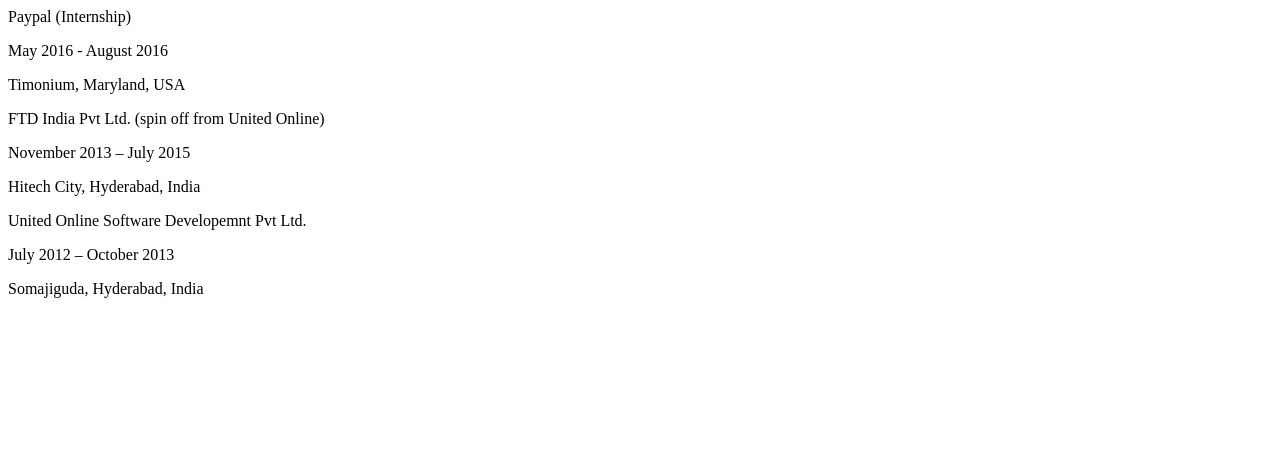
Repository: phanindrakannaji/Resume
Page: http://localhost/application/pages/experience.php
An editor plug-in stored every save of this project. The page is shown before and after the next save, followed by the edit.
The browser window is 1280 px wide. The pictures show the whole page.
The page is run by PHP 8.4 with error messages shown; the project is at /var/www/html/.

Above is the page before, as saved 2016-09-25 16:36:23.
Console error: ReferenceError: $ is not defined

### Resume/application/pages/experience.php
<script type="text/javascript"
	src="../resources/scripts/refreshScript.js"></script>
<div class="divExperience customfont2">
	<div class="divExperienceHeading">
		<p class="expHeading expHeadingContent">Paypal (Internship)</p>
		<p class="expHeadingContent">May 2016 - August 2016</p>
		<p class="expHeadingContent divExperiencelocation ">Timonium,
			Maryland, USA</p>
	</div>
	<div class="divExperienceWork modal" style="display: none;">
		<ul>
			<li>Joined as a graduate intern in the team Dynamos and contributed
				to the development of <a
				href="https://en.wikipedia.org/wiki/PayPal_Credit" target="blank">PayPal
					Credit</a> - Authorization Engine.
			</li>
			<li>Built a <a href="" target="blank">Slack</a> bot which will send
				alerts to individual teams/users if any build is failed in the <a
				href="" target="blank">Bamboo build management</a> tool using
				Node.js and <a href="" target="blank">Hubot</a>(Slack is a messenger
				app developed by Facebook).
			</li>
			<li>Coordinated with the team to work on some user stories of
				Authorization engine to get familiarized with agile development and
				also by gaining knowledge on technologies such as Spring MVC and
				Spring Batch.</li>
			<li>Gained knowledge on various testing tools/frameworks such as
				Sauce Labs, Selenium, Appium, Mockito, TestNG and JUnit in Java; and
				mocha in Node.js.</li>
		</ul>
	</div>
</div>

<div class="divExperience customfont2">
	<div class="divExperienceHeading">
		<p class="expHeading expHeadingContent">FTD India Pvt Ltd. (spin off
			from United Online)</p>
		<p class="expHeadingContent">November 2013 – July 2015</p>
		<p class=" expHeadingContent divExperiencelocation ">Hitech City,
			Hyderabad, India</p>
	</div>
	<div class="divExperienceWork modal" style="display: none;">
		<ul>
			<li>Worked on “DeliverIt Integration” project which includes creating
				a scheduler job which will send requests and handle responses from a
				third party REST based web service.</li>
			<li>Participated in the migration of 10 different applications from
				Oracle WebLogic server to JBoss Application server (JBoss AS 7.2).</li>
			<li>Worked on “OnlineIDD Integration” project which includes creating
				a scheduler job which includes connecting to a SFTP server and
				processing the XML files as requests to a REST Based web services.</li>
			<li>Designed and implemented a new order flow (QOP–Quick Order
				Processing) for the RoseGold e-commerce customer care web
				application.</li>
		</ul>
	</div>
</div>

<div class="divExperience customfont2">
	<div class="divExperienceHeading">
		<p class="expHeading expHeadingContent">United Online Software Developemnt Pvt Ltd.</p>
		<p class="expHeadingContent">July 2012 – October 2013</p>
		<p class="expHeadingContent divExperiencelocation ">Somajiguda,
			Hyderabad, India</p>
	</div>
	<div class="divExperienceWork modal" style="display: none;">
		<ul>
			<li>Worked on Oracle Application Express (APEX 4.3), an Oracle app
				which involves creating functionality based web pages for CRUD
				operations on all the data in Oracle 12g database.</li>
			<li>Trained on RoseGold web application which includes server side
				technologies such as WebLogic, Apachetomcat, WebCache, Java
				frameworks such as Struts2, Spring3 and IBatis; and programming
				languages such as PL/SQL, Perl and Java.</li>
			<li>Developed an entire application (CAMS–Centralized Account
				Management System) which includes maintaining and supplying all
				customer related data through RestEasy web services to multiple
				websites. Worked on configuring the application in JBoss AS 7.2 and
				integrating with MySQL database.</li>
			<li>Created a new feature - Customer Subscriptions (Interflora Gold)
				which includes creating SOAP basedweb service for request and
				response processing of the CRUD operations of customer‘s
				subscription details.</li>
			<li>Contributed to the project “Single Customer View” - displaying
				the customer related information inindividual parts of the page
				using AJAX requests (for each part) and parsing the JSON response
				from CAMS.</li>
		</ul>
	</div>
</div>
<script type="text/javascript" src="../resources/scripts/experience.js"></script>

### Resume/resources/scripts/refreshScript.js
$(document).ready(function(){
	$("#commandInput").keypress(function(e){
		keypressInBox(e);
	});
	$("#commandInput").focus();
})

### Resume/resources/scripts/experience.js
$(document).ready(function(){
	$('.divExperienceHeading').click(function(){
		$(this).parent().children().last().slideToggle("slow");
	});
});

After the next save:
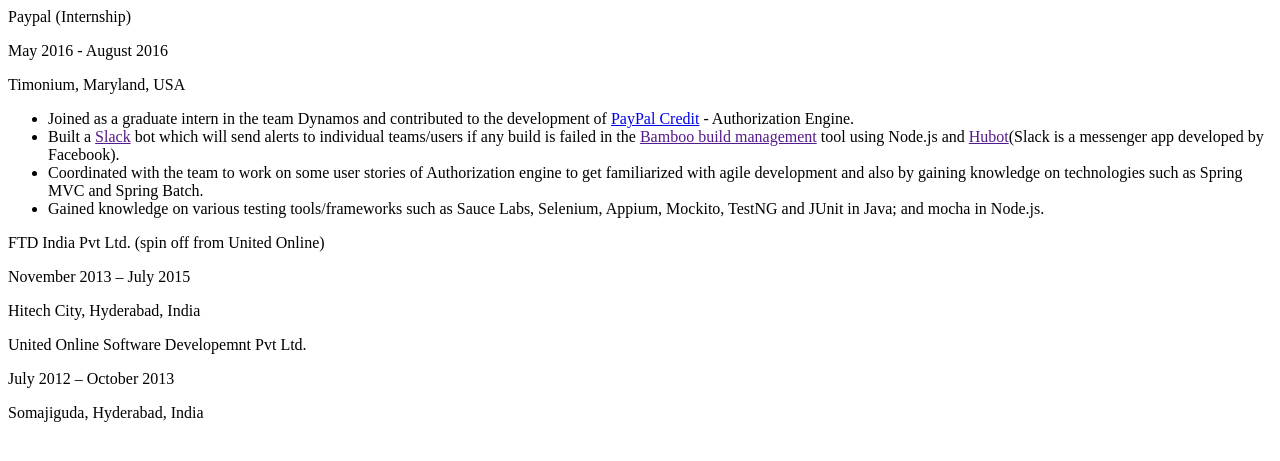
Saved 6 min 1 s later.
--- a/Resume/application/pages/experience.php
+++ b/Resume/application/pages/experience.php
@@ -7,7 +7,7 @@
 		<p class="expHeadingContent divExperiencelocation ">Timonium,
 			Maryland, USA</p>
 	</div>
-	<div class="divExperienceWork modal" style="display: none;">
+	<div class="divExperienceWork modal">
 		<ul>
 			<li>Joined as a graduate intern in the team Dynamos and contributed
 				to the development of <a
